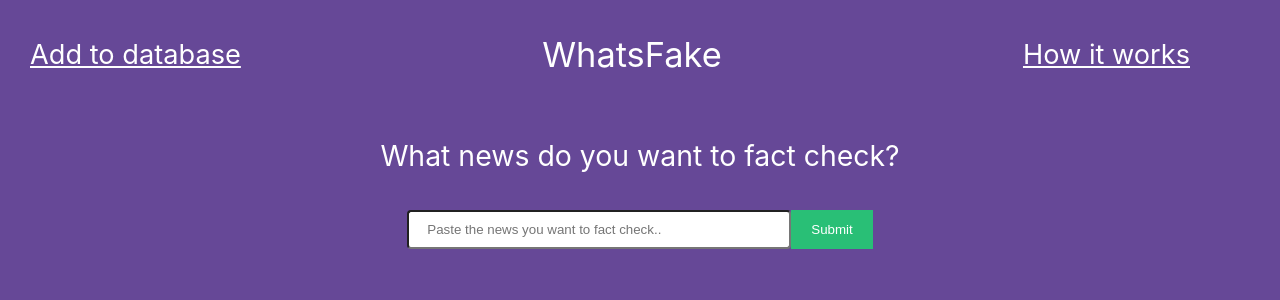
Repository: alkalox/FakeNews
Page: /
The author's editor kept a copy of each file at every save. The page is drawn from the files as they stood at one save, then again after the next save.
The browser window is 1280 px wide. The pictures show the whole page.
The project was rebuilt for these pictures with package versions that can differ from the ones it lists, and the page was loaded fresh each time.

Above is the page before, as saved 2019-04-23 20:43:23.

After the next save:
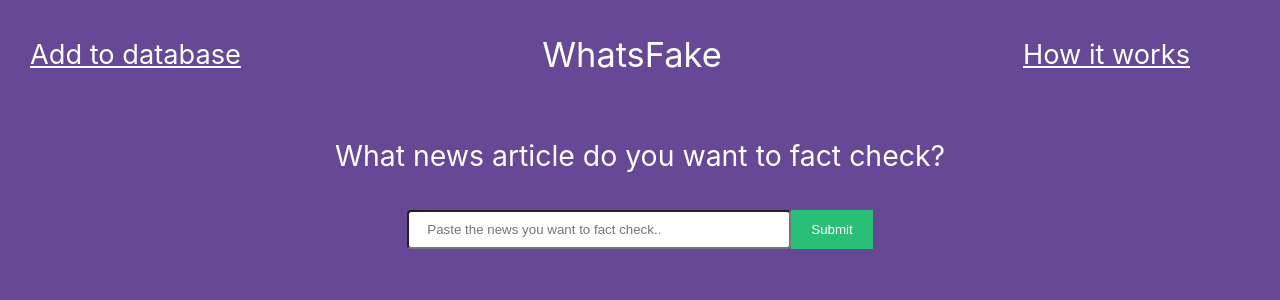
Saved 49 min 53 s later.
--- a/src/App.js
+++ b/src/App.js
@@ -62,7 +62,7 @@ class Home extends Component {
             </p>
           </header>
           <p className ="text">
-            What news do you want to fact check?
+            What news article do you want to fact check?
           </p>
           <div className="Form">
             <form onSubmit={this.handleSubmit}>
